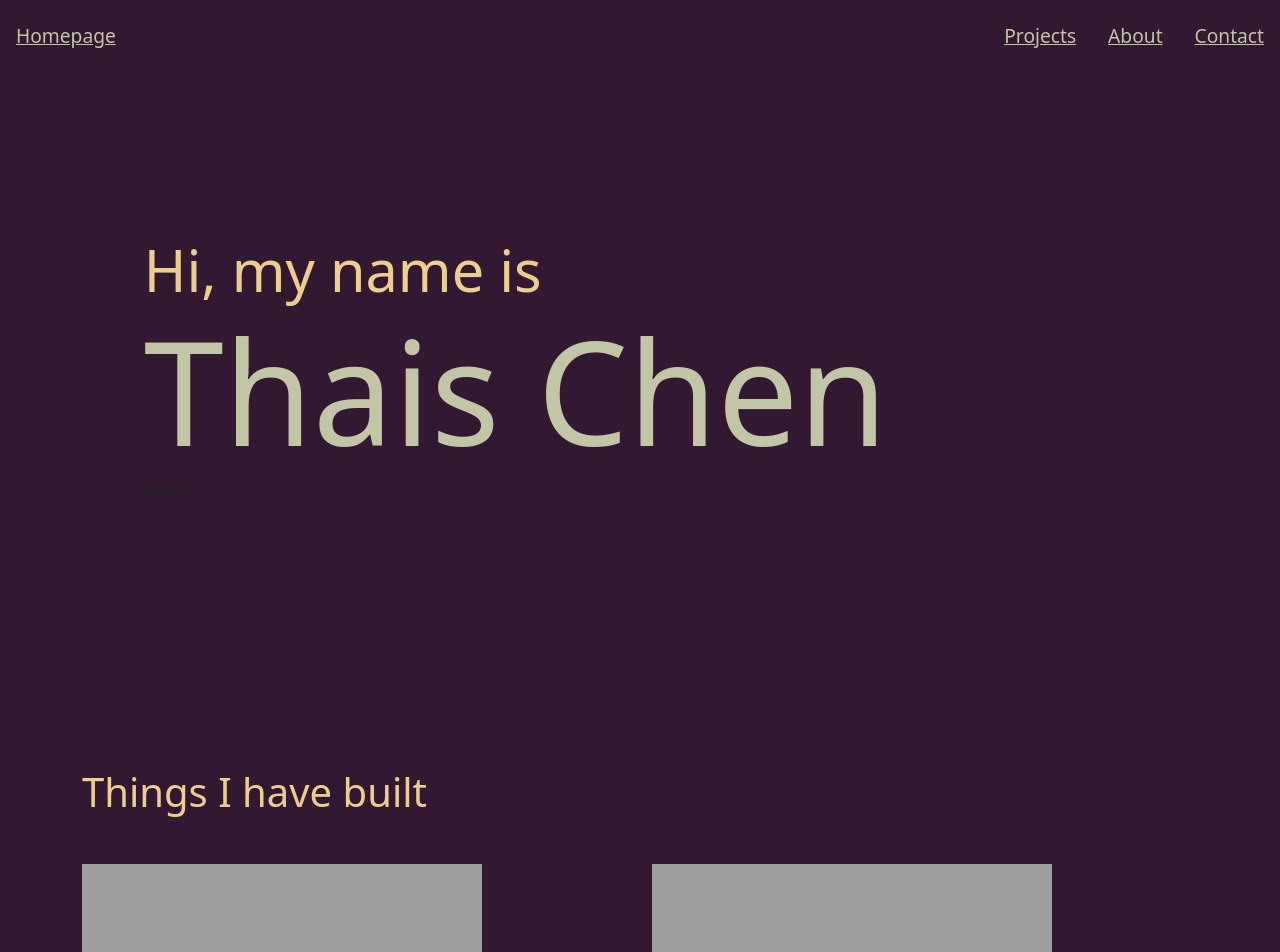
Repository: thais-chen/Portfolio
Page: index.html
An editor plug-in stored every save of this project. The page is shown before and after the next save, followed by the edit.
The browser window is 1280 px wide. The pictures show the part of the page from y = 0 to 952 px (the page is 1832 px tall before and 1889 px after).
Pictures or frames that could not be fetched are drawn as grey boxes.

Above is the page before, as saved 2022-06-17 19:45:49.

After the next save:
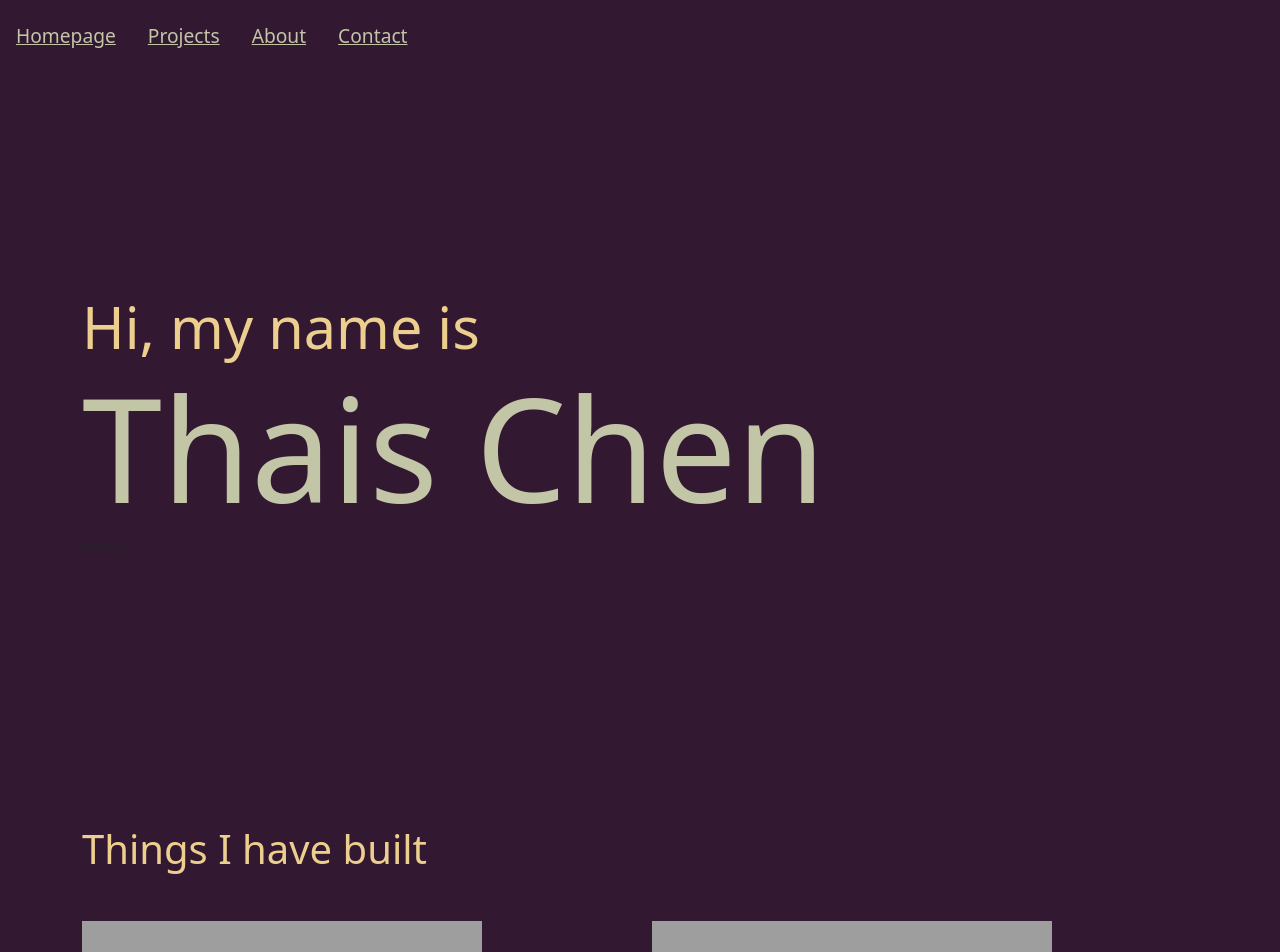
Saved 2 min 1 s later.
--- a/style.css
+++ b/style.css
@@ -5,6 +5,7 @@
     background-color: #331832;
     width: 100%;
 }
+main
 /*navbar*/
 .navbar{
     display: block;

After the 2 saves that followed:
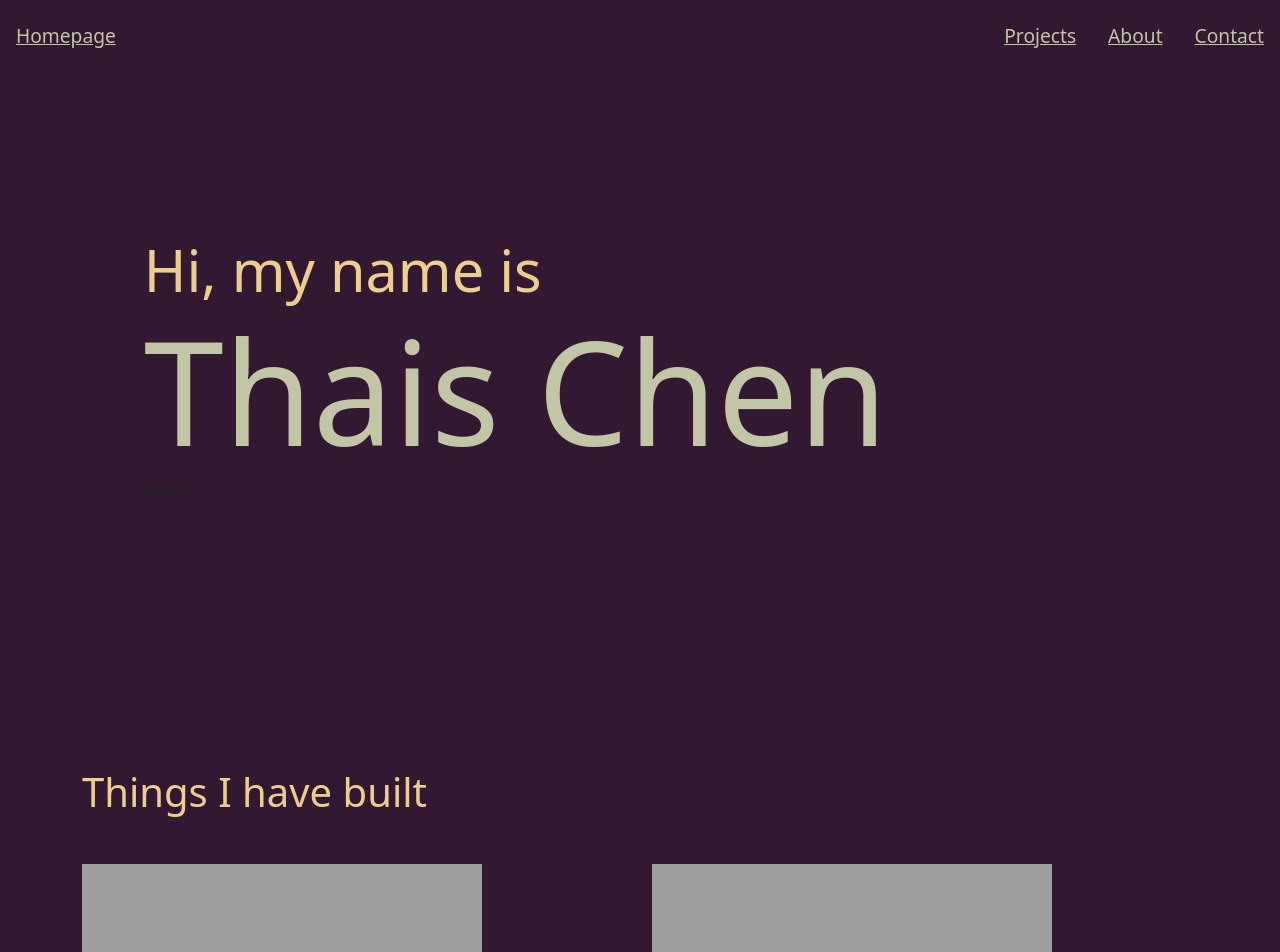
The 2 saves are shown as one change because they came seconds apart.
The last was saved 6 s later.
--- a/style.css
+++ b/style.css
@@ -5,7 +5,9 @@
     background-color: #331832;
     width: 100%;
 }
-main
+main{
+    width: 100%;
+}
 /*navbar*/
 .navbar{
     display: block;
